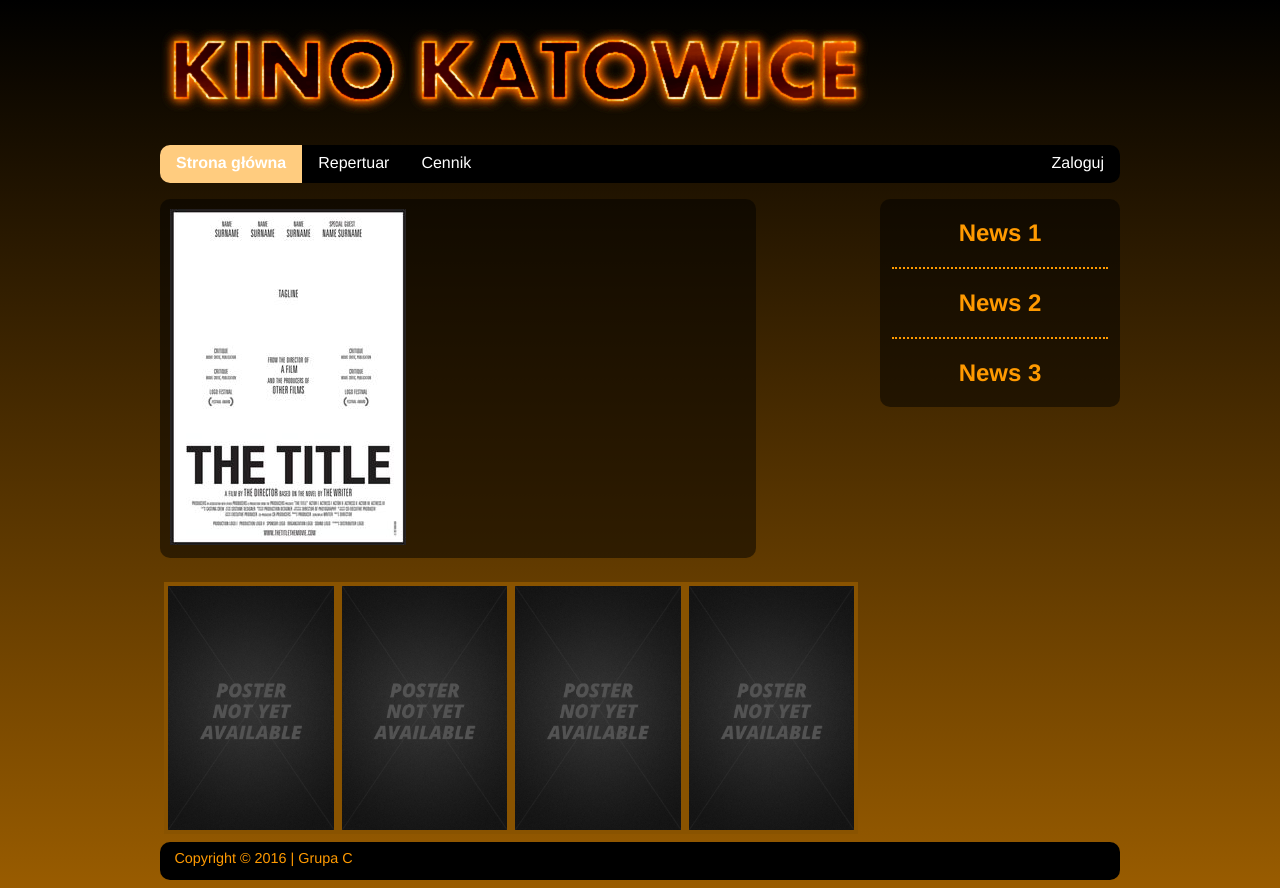
Repository: Gate4/Grupa-C
Page: http://localhost/KinoWebApp/WEB-INF/jsp/welcome.jsp
The author's editor kept a copy of each file at every save. The page is drawn from the files as they stood at one save, then again after the next save.
The browser window is 1280 px wide. The pictures show the whole page.
Some web libraries are served in a nearby version. The page is served by Tomcat 9. Nobody is signed in. The template is opened directly, without the code that normally fills it, so the values that code supplies are empty.

Above is the page before, as saved 2016-04-21 21:39:41.

After the next save:
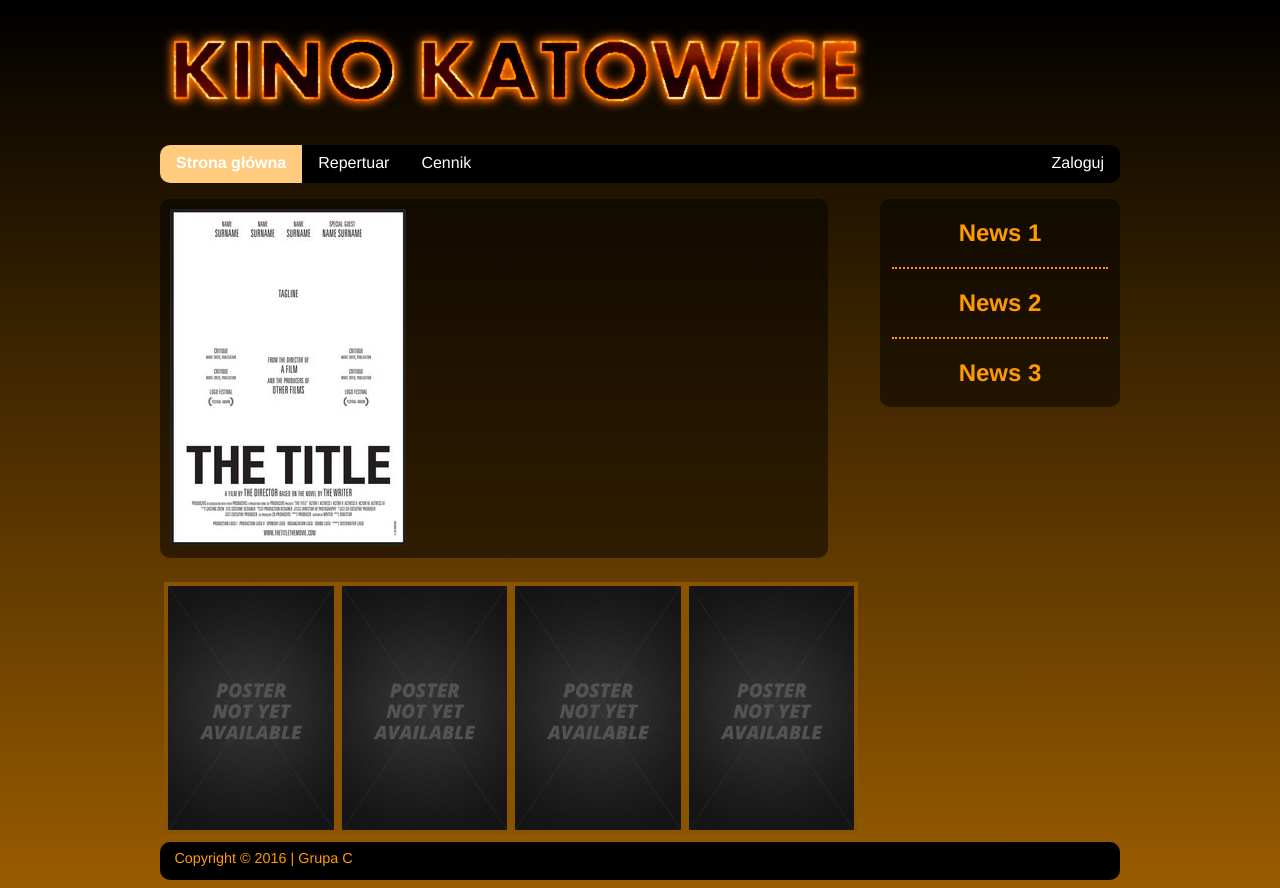
Saved 86 s later.
--- a/KinoWebApp/WebContent/resources/style.css
+++ b/KinoWebApp/WebContent/resources/style.css
@@ -119,7 +119,7 @@ nav ul li:last-child a:hover, nav ul li:last-child a.active{
     border-radius: 10px;
 	background-color: #000000;
 	background-color: rgba(0,0,0,0.5);
-    width: 80%;
+    width: 90%;
 
     color: #111;
 
